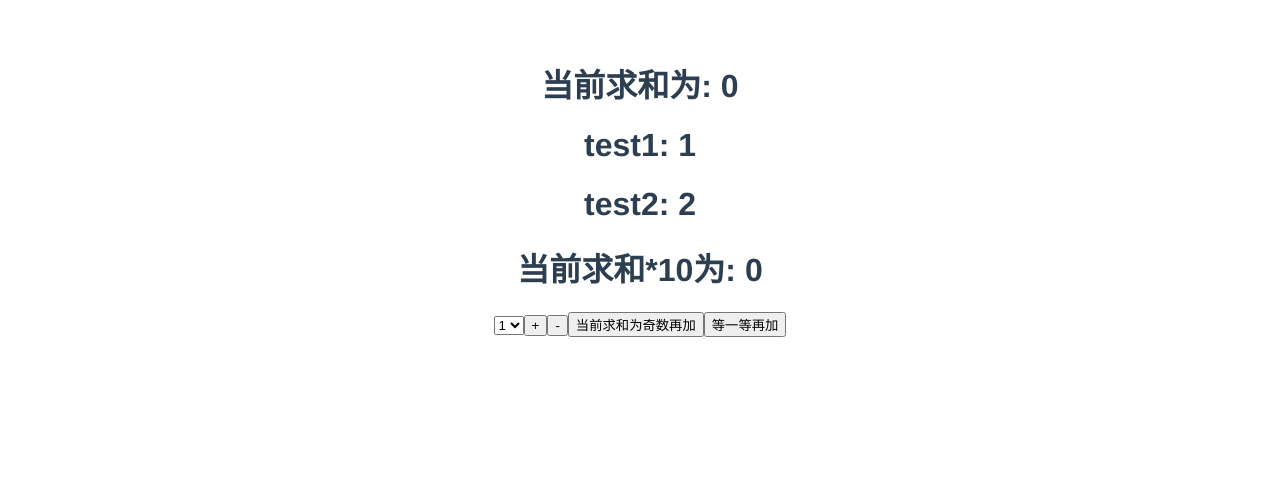
Repository: 319226862/wyy
Page: /#/home/news (app in test/)
The author's editor kept a copy of each file at every save. The page is drawn from the files as they stood at one save, then again after the next save.
The browser window is 1280 px wide. The pictures show the whole page.
The project was rebuilt for these pictures with package versions that can differ from the ones it lists, and the page was loaded fresh each time. Also part of the build but not shown: test/vue.config.js.

Above is the page before, as saved 2023-07-03 15:17:37.

After the next save:
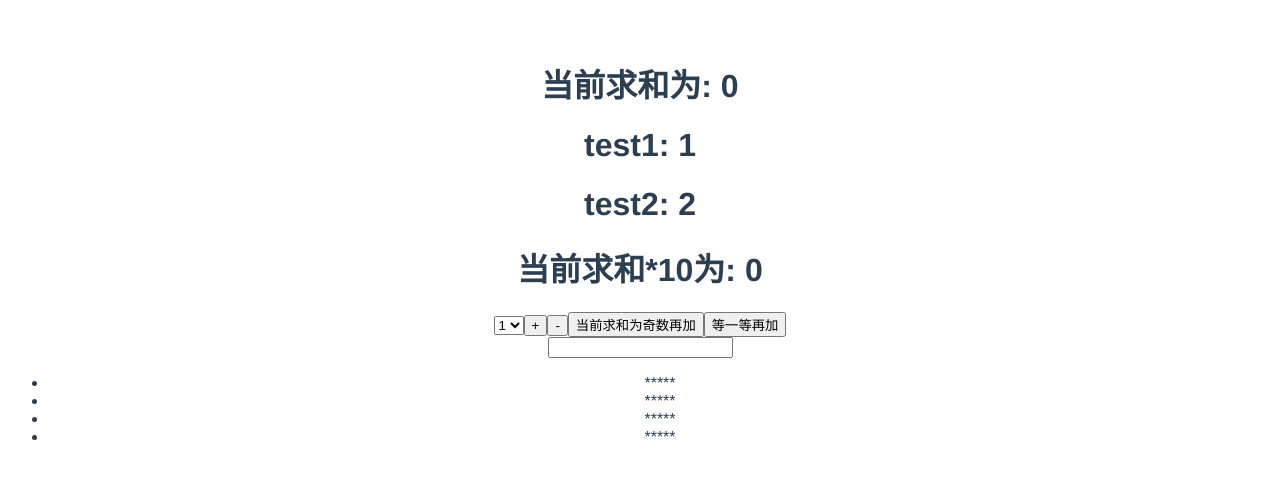
Saved 34 s later.
--- a/test/src/App.vue
+++ b/test/src/App.vue
@@ -39,6 +39,7 @@
 
 
     <Count/>
+    <Person/>
   </div>
 </template>
 
@@ -46,12 +47,11 @@
 // import axios from 'axios'
 // import Category from './components/Category.vue'
 import Count from './components/Count.vue';
+import Person from './components/Person.vue';
 export default {
   name: 'App',
-
-  components: {Count},
+  components: {Count,Person},
   methods:{
-
   }
 }
 </script>
